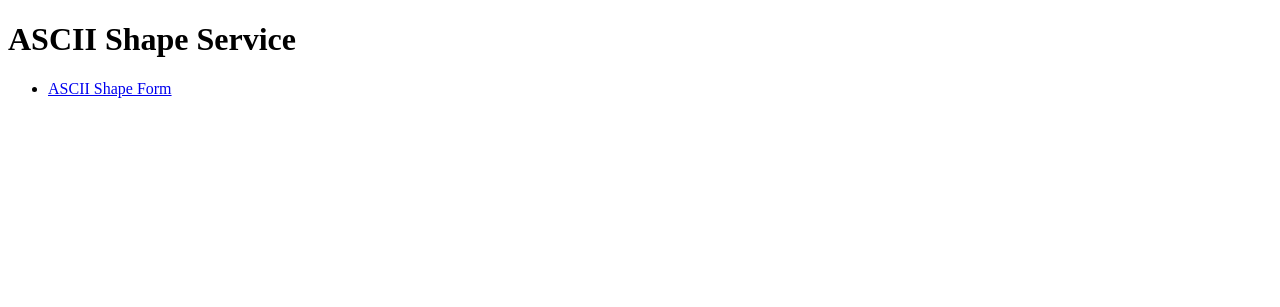
Repository: saurabh-dev-2012/JavaProgramsPractice
Page: http://localhost/springmvclogin/
The author's editor kept a copy of each file at every save. The page is drawn from the files as they stood at one save, then again after the next save.
The browser window is 1280 px wide. The pictures show the whole page.
The page is served by Tomcat 9.

Above is the page before, as saved 2017-06-19 04:10:56.

After the next save:
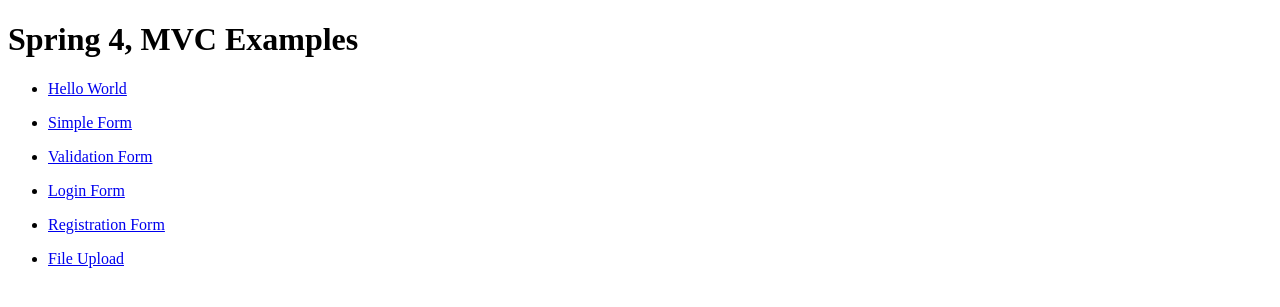
Saved 46 min 30 s later.
--- a/springmvclogin/src/main/webapp/index.jsp
+++ b/springmvclogin/src/main/webapp/index.jsp
@@ -4,13 +4,27 @@
 <html>
 <head>
 <meta http-equiv="Content-Type" content="text/html; charset=ISO-8859-1">
-<title>ASCII Shape Service</title>
+<title>Spring 4, MVC Examples</title>
 </head>
 <body>
-<h1>ASCII Shape Service</h1>
-
+<h1>Spring 4, MVC Examples</h1>
 <ul>
-  <li><a href="forms/shapeform.html">ASCII Shape Form</a></li>
+  <li><a href="forms/helloworld.html">Hello World</a></li>
+</ul>
+<ul>
+  <li><a href="forms/simpleForm.html">Simple Form</a></li>
+</ul>
+ <ul>
+  <li><a href="forms/validationform.html">Validation Form</a></li>
+</ul>
+<ul>
+  <li><a href="forms/loginform.html">Login Form</a></li>
+</ul>
+<ul>
+  <li><a href="forms/registrationform.html">Registration Form</a></li>
+</ul>
+<ul>
+	<li><a href="forms/uploadfileindex.html">File Upload</a></li>
 </ul>
 </body>
 </html>
